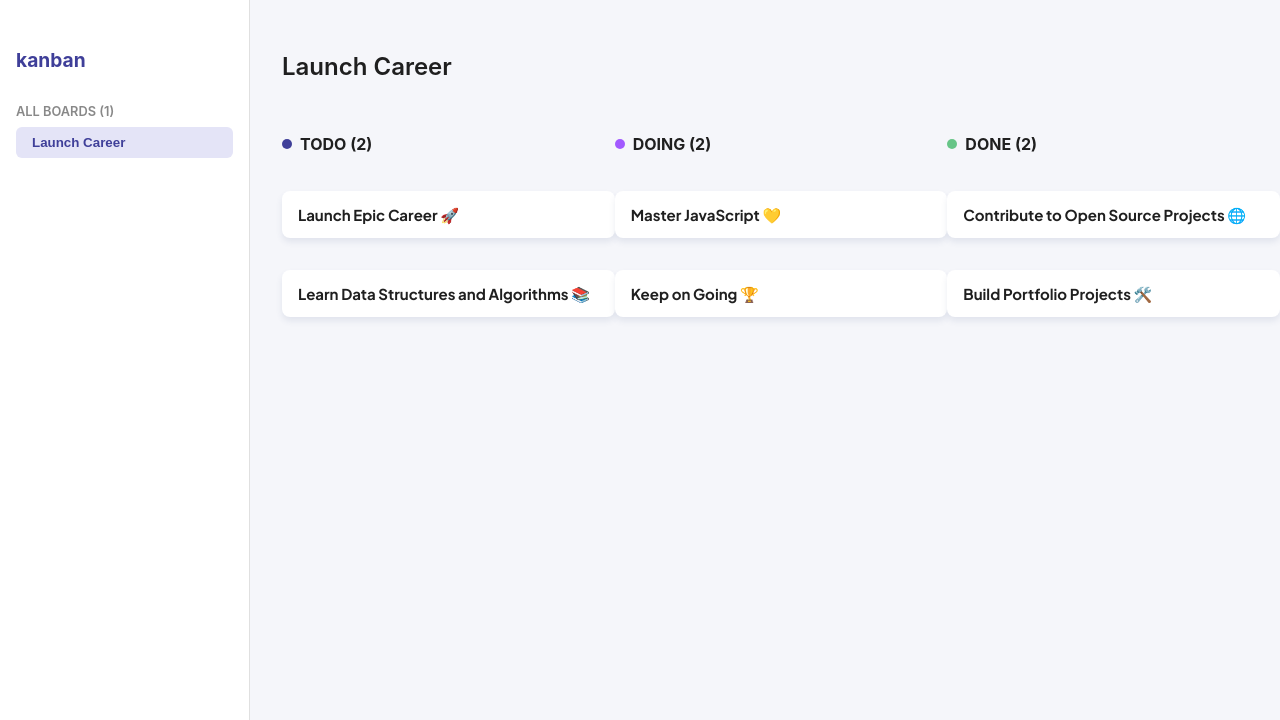
Repository: andajonas/ANDJON25111_fto2502_A2_Anda_Jonas_JSL01
Page: index.html
These files come from the project's save history. The page is drawn as it stood at one moment and after a run of saves; the edit follows.
The browser window is 1280 px wide. The pictures show the whole page.

Above is the page before, as saved 2025-04-24 13:42:21.

After the next 2 saves:
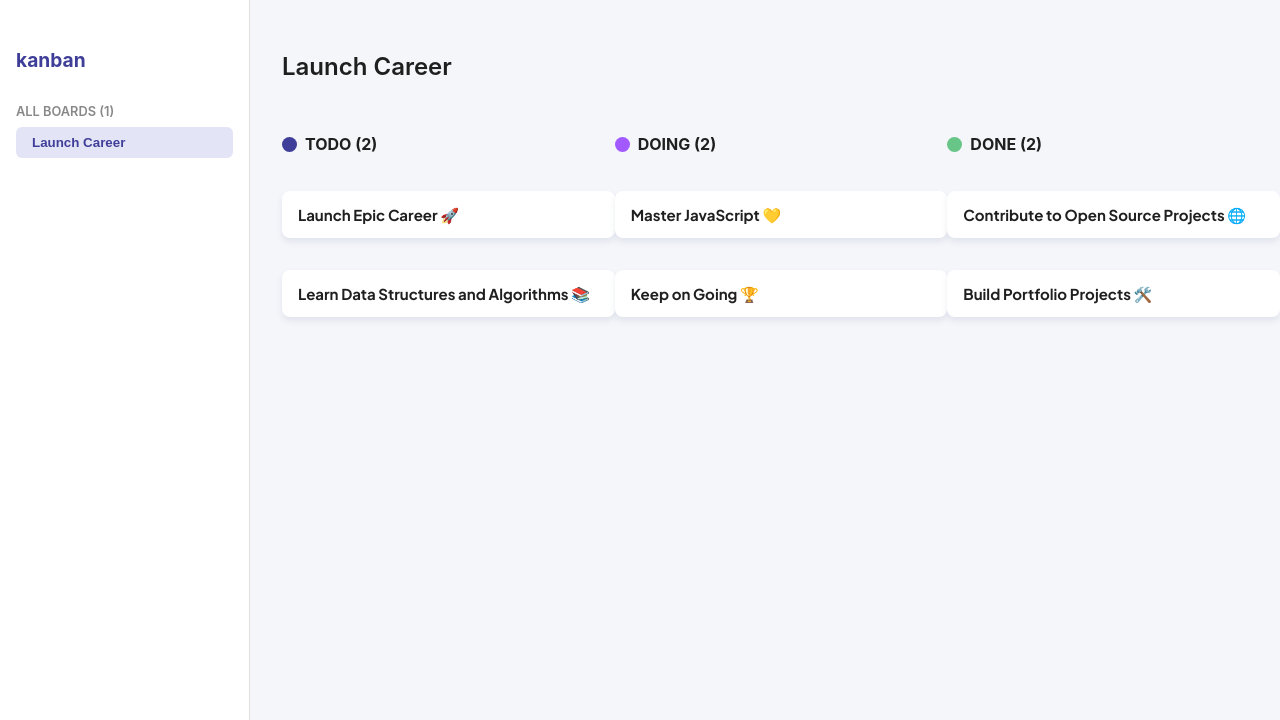
The 2 saves are shown as one change because they came seconds apart.
The last was saved 39 s later.
--- a/style.css
+++ b/style.css
@@ -80,8 +80,8 @@ body {
   }
 
   .dot {
-    width: 10px;
-    height: 10px;
+    width: 15px;
+    height: 15px;
     border-radius: 50%;
   }
 
